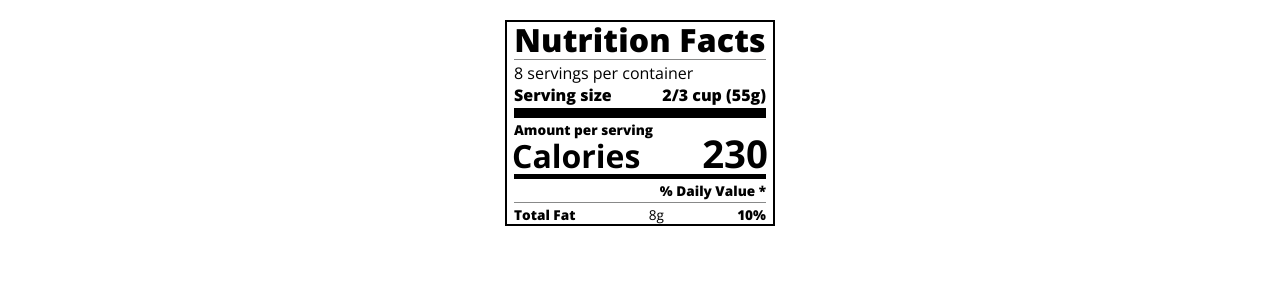
Repository: AimenDje/NutritionLabel
Page: index.html
An editor plug-in stored every save of this project. The page is shown before and after the next save, followed by the edit.
The browser window is 1280 px wide. The pictures show the whole page.

Above is the page before, as saved 2025-08-30 22:40:59.

### index.html
<!DOCTYPE html>
<html lang="en">

<head>
  <meta charset="UTF-8">
  <title>Nutrition Label</title>
  <link rel="stylesheet" href="https://fonts.googleapis.com/css?family=Open+Sans:400,700,800">
  <link rel="stylesheet" href="styles.css">

</head>

<body>
  <div class="label">
    <header>
      <h1 class="bold">Nutrition Facts</h1>
      <div class="divider"></div>
      <p>8 servings per container</p>
      <p class="bold">Serving size <span>2/3 cup (55g)</span></p>
    </header>
    <div class="divider large"> </div>
     <div class="calories-info">
      <div class="left-container">
        <h2 class="bold small-text">Amount per serving</h2>
        <p> Calories</p>
      </div>
      <span> 230 </span>
    </div>
    <div class="divider medium"></div>
    <div class="daily-value small-text">
      <p class="bold right">% Daily Value *</p>
      <div class="divider"></div>
      <p> <span class="bold">Total Fat</span> 8g<span class="bold"> 10% </span></p>
    </div>
  </div>
  </div>
</body>
</html>

### styles.css
*{
  box-sizing: border-box;
}

body{
  font-family:"Open Sans", sans-serif;
}

html{
  font-size:16px;
}

.label {
  border: 2px solid black;
  width: 270px;
  margin: 20px auto;
  padding : 0 7px;
}

header h1 {
  text-align: center;
  margin : -4px 0;
  letter-spacing : 0.15px;
}

p{
  margin : 0;
  display:flex;
  justify-content: space-between;
}

.divider{
  border-bottom: 1px solid #888989;
  margin : 2px 0;
}

.bold{
  font-weight: 800;
}

.large{
  height:10px;

}
.large, .medium{
  background-color:black;
  border:0;
}

.small-text{
  font-size: 0.85rem;
}

.calories-info h2{
  margin:0;
}

.calories-info{
  display:flex;
  justify-content:space-between;
  align-items:flex-end;
}

.left-container p{
  margin:-5px -2px;
  font-size: 2em;
  font-weight:700;
}

.calories-info span {
  font-size: 2.4em;
  font-weight: 700;
  margin : -7px -2px;
}

.medium{
  height:5px;
}

.right{
  justify-content: flex-end ;
}

After the next save:
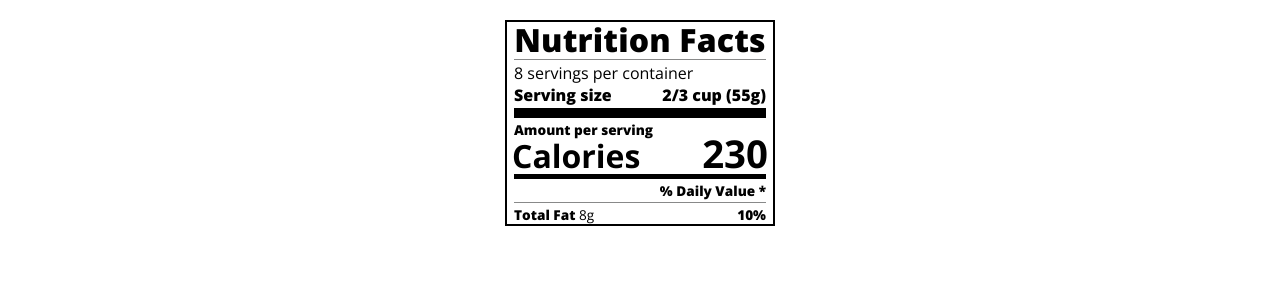
Saved 2 min 10 s later.
--- a/index.html
+++ b/index.html
@@ -29,7 +29,7 @@
     <div class="daily-value small-text">
       <p class="bold right">% Daily Value *</p>
       <div class="divider"></div>
-      <p> <span class="bold">Total Fat</span> 8g<span class="bold"> 10% </span></p>
+      <p><span><span class="bold">Total Fat</span> 8g</span> <span class="bold">10%</span></p>
     </div>
   </div>
   </div>
